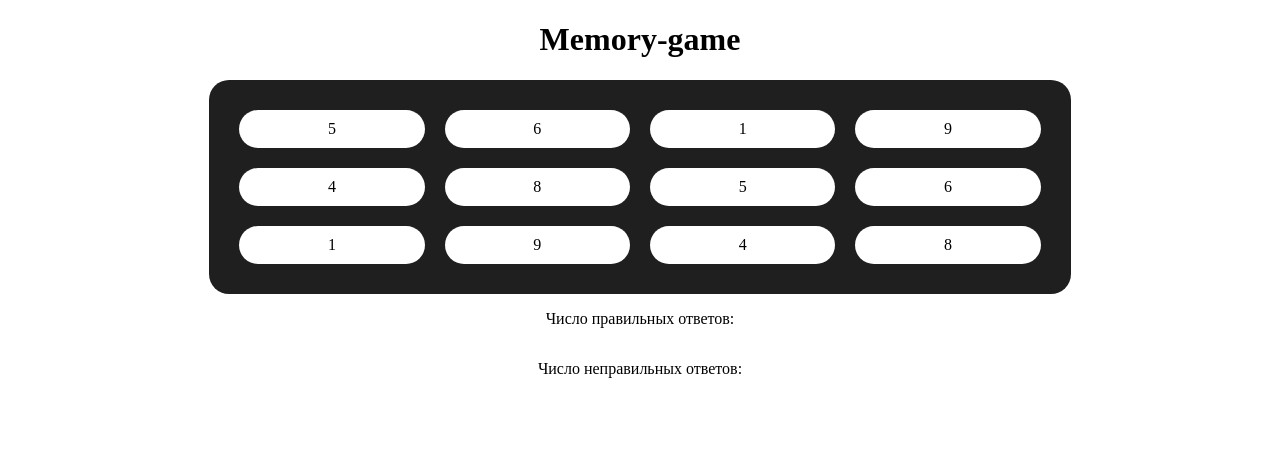
Repository: ortamfag/React_Memory-game
Page: /
An editor plug-in stored every save of this project. The page is shown before and after the next save, followed by the edit.
The browser window is 1280 px wide. The pictures show the whole page.
The project was rebuilt for these pictures with package versions that can differ from the ones it lists, and the page was loaded fresh each time. Also part of the build but not shown: src/components/FieldGame/index.scss.

Above is the page before, as saved 2022-09-12 12:34:20.

After the next save:
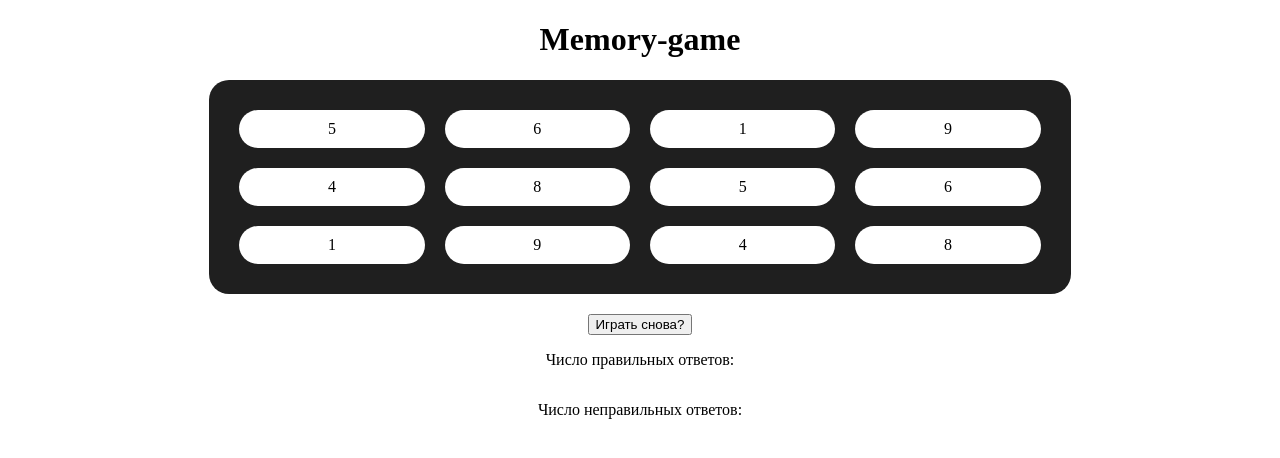
Saved 24 s later.
--- a/src/components/UI/ResetButton/ResetButton.module.scss
+++ b/src/components/UI/ResetButton/ResetButton.module.scss
@@ -1,4 +1,4 @@
 .game__button{
     margin-top: 20px;
-    display: none;
+
 }

After the 6 saves that followed:
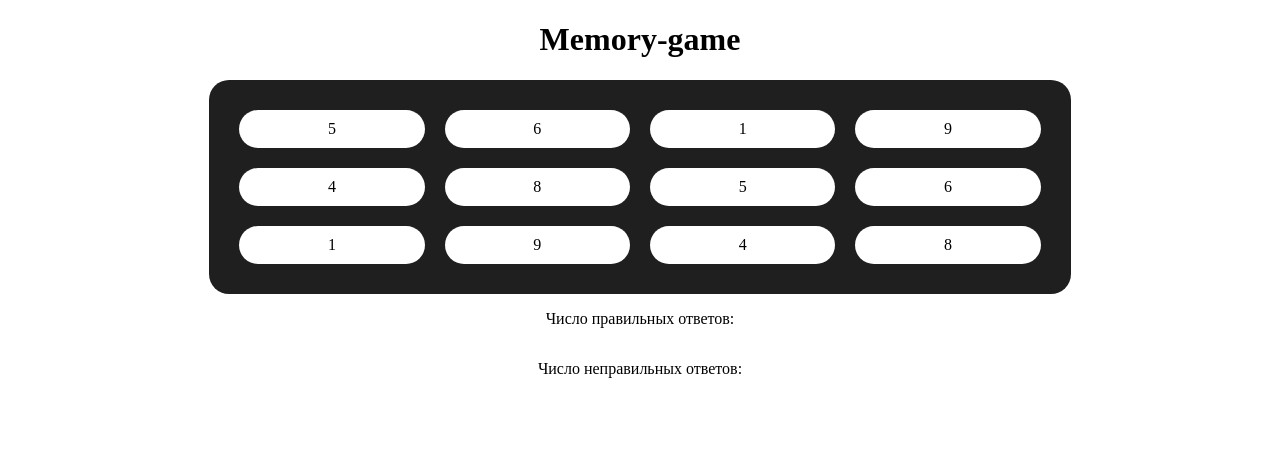
The 6 saves are shown as one change because 1 did not build or start and 3 left the picture as it was and some came seconds apart.
The last was saved 110 s later.
--- a/src/components/FieldGame/FieldGame.jsx
+++ b/src/components/FieldGame/FieldGame.jsx
@@ -45,7 +45,8 @@ const FieldGame = () => {
         }
 
         if (document.querySelectorAll('.right').length === 2) {
-            console.log('test')
+            let button = document.querySelector("#reset")
+            console.log(button)
         }
     })
 
--- a/src/components/UI/ResetButton/ResetButton.jsx
+++ b/src/components/UI/ResetButton/ResetButton.jsx
@@ -2,10 +2,12 @@ import React from 'react';
 import style from './ResetButton.module.scss'
 
 const ResetButton = () => {
-    let button = document.querySelector("#reset")
-    console.log(button)
+    function test() {
+        let button = document.querySelector("#reset")
+        console.log(button)
+    }
     return (
-        <button id="reset" className={style.game__button}>
+        <button id="reset" onClick={test} className={style.game__button}>
             Играть снова?
         </button>
     );
--- a/src/components/UI/ResetButton/ResetButton.module.scss
+++ b/src/components/UI/ResetButton/ResetButton.module.scss
@@ -1,4 +1,4 @@
 .game__button{
     margin-top: 20px;
-
+    display: none;
 }
